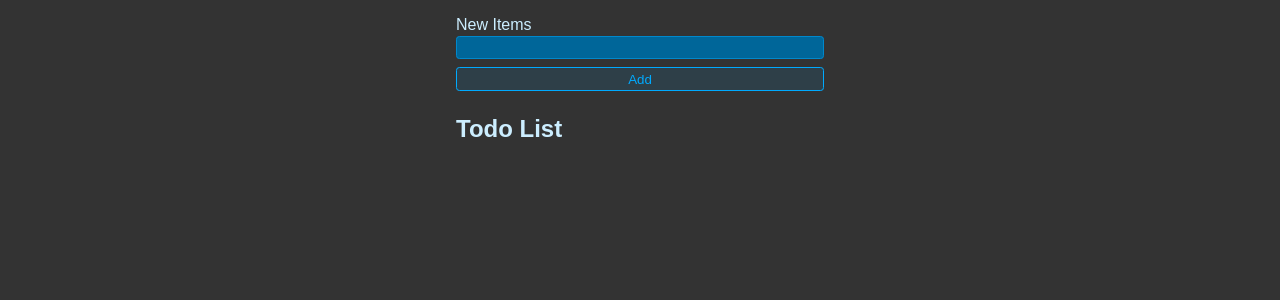
Repository: emailherds/react_todolist
Page: /
An editor plug-in stored every save of this project. The page is shown before and after the next save, followed by the edit.
The browser window is 1280 px wide. The pictures show the whole page.
The project was rebuilt for these pictures with package versions that can differ from the ones it lists, and the page was loaded fresh each time. Also part of the build but not shown: vite.config.js.

Above is the page before, as saved 2023-09-29 14:47:46.

After the next save:
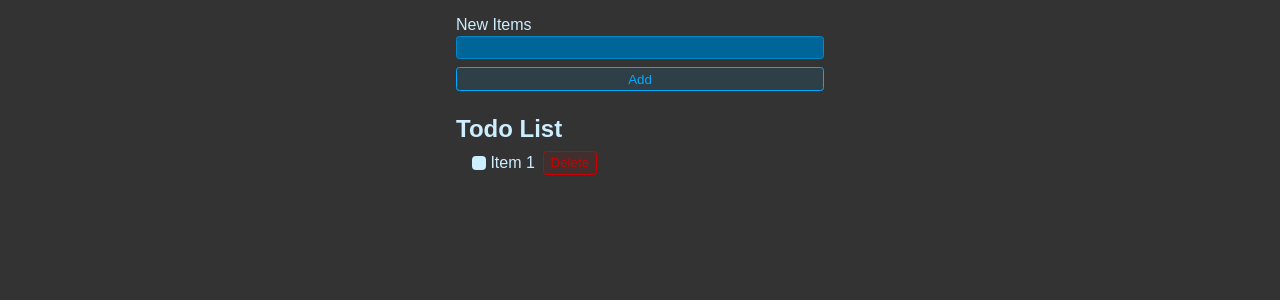
Saved 110 s later.
--- a/src/App.jsx
+++ b/src/App.jsx
@@ -11,6 +11,15 @@ export default function App(){
       <button className="btn">Add</button>
     </form>
     <h1 className="header">Todo List</h1>
+    <ul className="list">
+      <li>
+        <label htmlFor="">
+          <input type="checkbox" />
+          Item 1
+        </label>
+        <button className="btn btn-danger">Delete</button>
+      </li>
+    </ul>
   </>);
 }
 //
